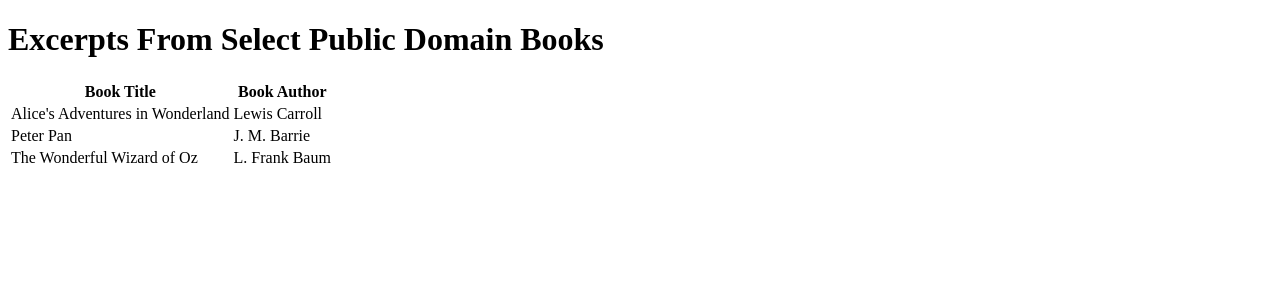
Repository: rishondass/ITMD361-Lab3
Page: index.html
An editor plug-in stored every save of this project. The page is shown before and after the next save, followed by the edit.
The browser window is 1280 px wide. The pictures show the whole page.

Above is the page before, as saved 2023-01-13 14:29:41.

After the next save:
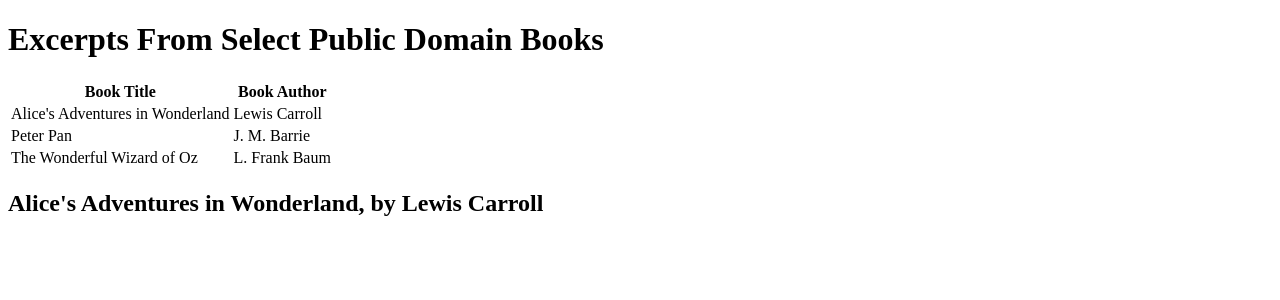
Saved 33 s later.
--- a/index.html
+++ b/index.html
@@ -34,5 +34,7 @@
             </tr>
         </tbody>
     </table>
+
+    <h2>Alice's Adventures in Wonderland, by Lewis Carroll</h2>
 </body>
 </html>
